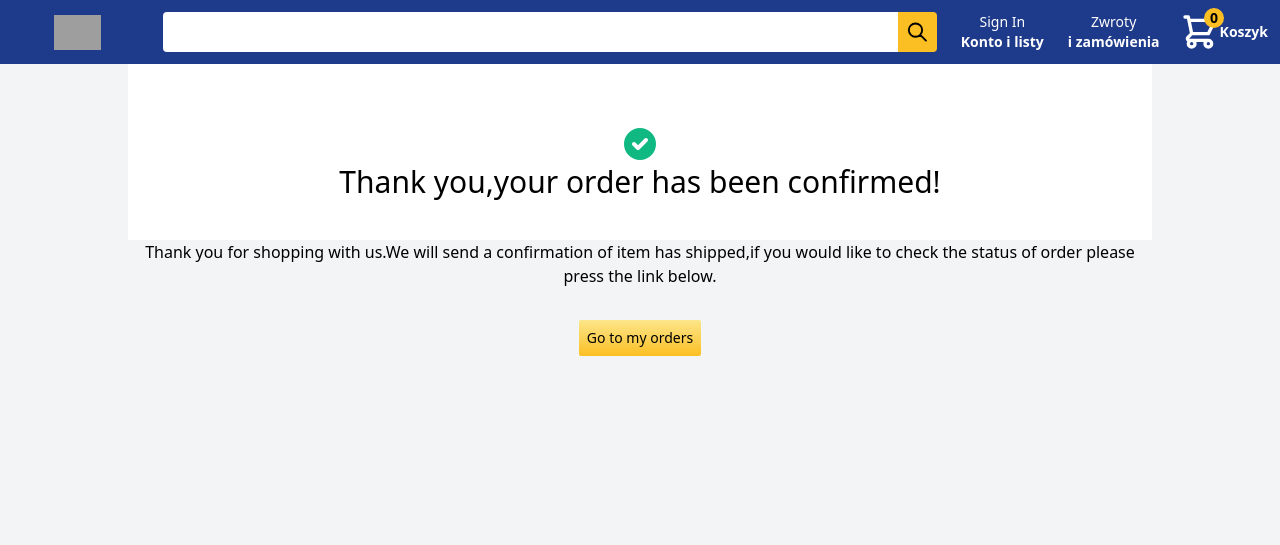
Repository: neridanek/amazon-clone-nextjs-redux-tailwind
Page: /success
An editor plug-in stored every save of this project. The page is shown before and after the next save, followed by the edit.
The browser window is 1280 px wide. The pictures show the whole page.
Pictures or frames that could not be fetched are drawn as grey boxes. The page's requests for data from a server got no answer. The project was rebuilt for these pictures with package versions that can differ from the ones it lists, and the page was loaded fresh each time. The framework's server and built-in components were replaced by stand-ins that run in the browser. No one was signed in, and anything a server would have sent is missing. Also part of the build but not shown: next.config.js.

Above is the page before, as saved 2022-02-13 21:34:18.

After the next save:
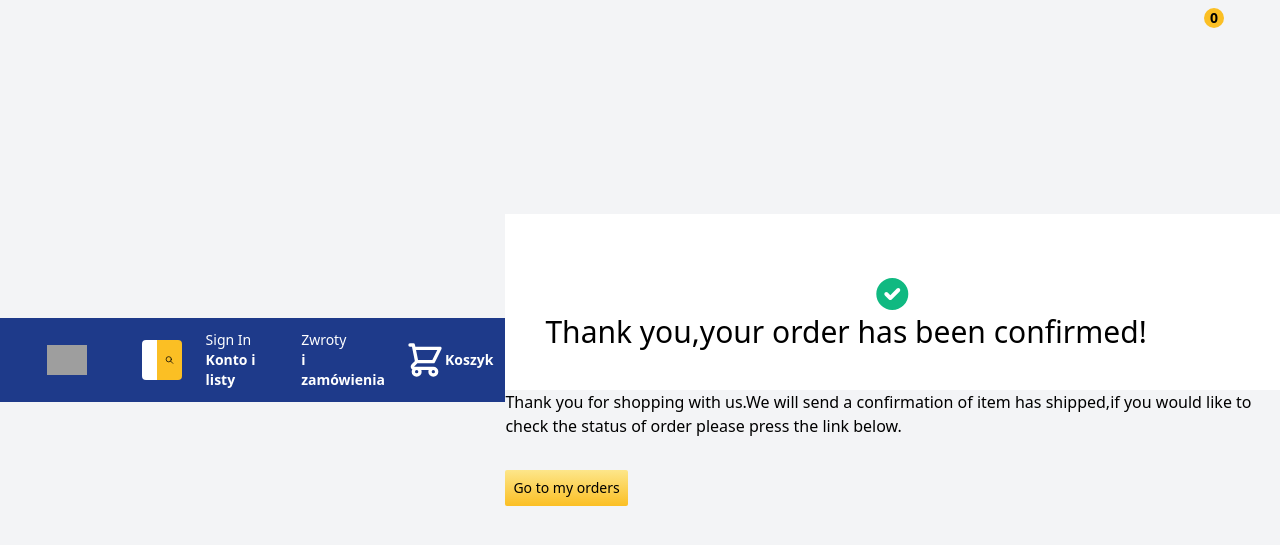
Saved 11 s later.
--- a/pages/success.js
+++ b/pages/success.js
@@ -5,7 +5,7 @@ import { CheckCircleIcon } from '@heroicons/react/solid';
 const success = () => {
   const router = useRouter();
   return (
-    <div className="bg-gray-100 h-screen text-center">
+    <div className="bg-gray-100 h-screen flex items-center">
       <Header />
       <main className="max-w-screen-lg mx-auto">
         <div className="flex flex-col p-10 bg-white">
